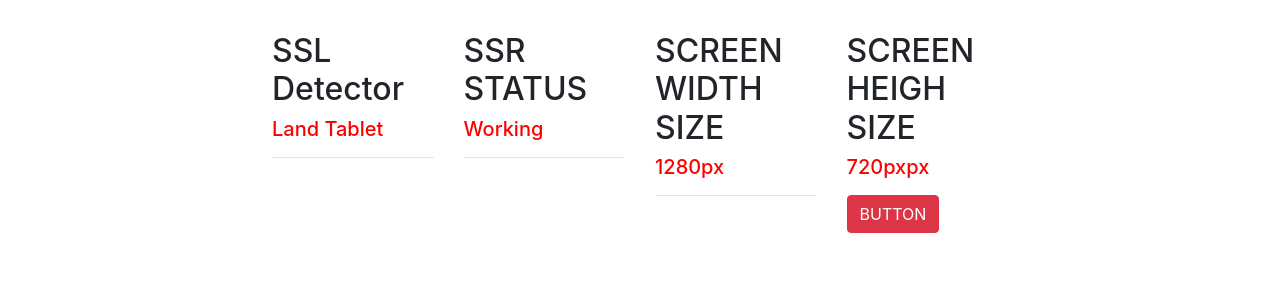
Repository: adrihle/screen-detector-nextpwa
Page: /
These files come from the project's save history. The page is drawn as it stood at one moment and after the next save; the edit follows.
The browser window is 1280 px wide. The pictures show the whole page.
The project was rebuilt for these pictures with package versions that can differ from the ones it lists, and the page was loaded fresh each time. The framework's server and built-in components were replaced by stand-ins that run in the browser. Imported but missing from the stored project, and not drawn on this page: pages/_document.

Above is the page before, as saved 2020-12-29 17:54:09.

### pages/_app.js
import App, { Container } from "next/app";
import Head from "next/head";
import styled, { createGlobalStyle } from "styled-components";
import { title } from "./_document";
import ScreenSizeLayout from '../components/smart/ScreenSizeLayout'

// Any global CSS variables and selectors we want
const GlobalStyle = createGlobalStyle`
  :root {
    --padding: 2rem;
    --max-width: 50rem;
  }

  body {
    background: var(--background--1);
    font-family: 'PT Sans', sans-serif;
    margin: 0;
  }
`;

const Main = styled.main`
  margin: 0 auto;
  max-width: var(--max-width);
  padding: var(--padding);
`;

export default class MyApp extends App {
  static async getInitialProps({ Component, ctx }) {
    let pageProps = {};

    if (Component.getInitialProps) {
      pageProps = await Component.getInitialProps(ctx);
    }

    return { pageProps };
  }

  render() {
    const { Component, pageProps, router } = this.props;

    return (
      <>
        <Head>
          <title>{title}</title>
          <link rel="stylesheet" href="https://stackpath.bootstrapcdn.com/bootstrap/4.3.1/css/bootstrap.min.css" integrity="sha384-ggOyR0iXCbMQv3Xipma34MD+dH/1fQ784/j6cY/iJTQUOhcWr7x9JvoRxT2MZw1T" crossorigin="anonymous"></link>
        </Head>
        <Container>
          {/* here a style layout */}
          <Main>
            {/* here a smart screen detector */}
            <ScreenSizeLayout>
              <Component {...pageProps} router={router} />
            </ScreenSizeLayout>
          </Main>
          <GlobalStyle />
        </Container>
      </>
    );
  }
}

### pages/index.js
const Index = ({ server, measures, screen }) => {

  const width = measures && measures[0] + 'px'
  const heigh = measures && measures[1] + 'px'

  return (
    <div className='row'>
        <div className="col-md-6 col-lg-3">
          <h2>SSL Detector</h2>
          <h5 style={{color:'red'}}>{screen}</h5>
          <hr />
        </div>
        <div className="col-md-6 col-lg-3">
          <h2>SSR STATUS</h2>
          <h5 style={{color:'red'}}>{server ? 'Working' : 'Not Working'}</h5>
          <hr />
        </div>
        <div className="col-md-6 col-lg-3">
          <h2>SCREEN WIDTH SIZE</h2>
          <h5 style={{color:'red'}}>{width}</h5>
          <hr/>
        </div>
        <div className="col-md-6 col-lg-3">
          {(measures && measures[0]>240) && (
            <>
              <h2>SCREEN HEIGH SIZE</h2>
              <h5 style={{color:'red'}}>{`${heigh}px`}</h5>
              <button className='btn btn-danger mt-2'>BUTTON</button>
            </>
          )}
        </div>
    </div>
  )
}

Index.getInitialProps = async function() {
  return {
    server: true,
  }
};

export default Index;

### components/smart/ScreenSizeLayout.tsx
import {Children, cloneElement, useState, useEffect } from 'react'

const ScreenSizeLayout = ({ children }) => {

    const [screen, setScreen] = useState(null)
    const [measures, setMeasures] = useState(null)

    const handleSize = () => {
        let width = window.innerWidth
        let heigh = window.innerHeight
        setMeasures([width, heigh])

        let landscape = width > heigh

        if (width < 420){setScreen('Mobile')}
        else if (width > 420 && width < 850 && landscape){setScreen('Land Mobile')}
        else if (width > 420 && width < 850){setScreen('Tablet')}
        else if (width > 820 && width < 1400 && landscape){setScreen('Land Tablet')}
        else {setScreen('Desktop')}
    }

    useEffect(() => {
        handleSize()
        window.addEventListener('resize', handleSize)
        return () => {window.removeEventListener('resize', handleSize)}
    },[])

    const childrenWithProps = Children.map(children, child => {
        return cloneElement(child, {
            measures,
            screen
        });
      });

    return (
        <>
            {childrenWithProps}
        </>
    )
}

export default ScreenSizeLayout

After the next save:
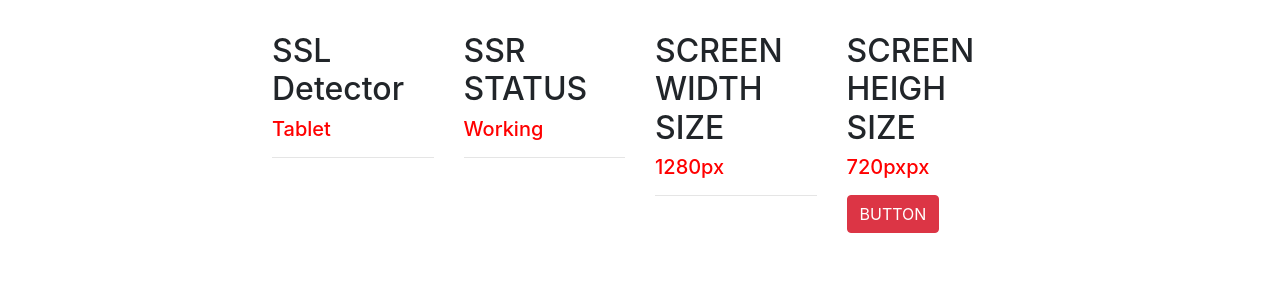
Saved 75 s later.
--- a/components/smart/ScreenSizeLayout.tsx
+++ b/components/smart/ScreenSizeLayout.tsx
@@ -14,7 +14,7 @@
 
         if (width < 420){setScreen('Mobile')}
         else if (width > 420 && width < 850 && landscape){setScreen('Land Mobile')}
-        else if (width > 420 && width < 850){setScreen('Tablet')}
+        else if (width > 420 && width < 1400){setScreen('Tablet')}
         else if (width > 820 && width < 1400 && landscape){setScreen('Land Tablet')}
         else {setScreen('Desktop')}
     }

After the save that followed:
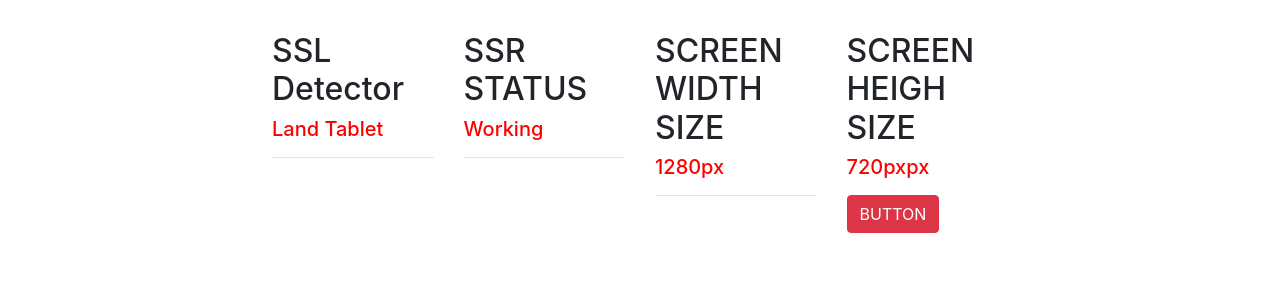
Saved 31 s later.
--- a/components/smart/ScreenSizeLayout.tsx
+++ b/components/smart/ScreenSizeLayout.tsx
@@ -14,7 +14,7 @@
 
         if (width < 420){setScreen('Mobile')}
         else if (width > 420 && width < 850 && landscape){setScreen('Land Mobile')}
-        else if (width > 420 && width < 1400){setScreen('Tablet')}
+        else if (width > 420 && width < 1200){setScreen('Tablet')}
         else if (width > 820 && width < 1400 && landscape){setScreen('Land Tablet')}
         else {setScreen('Desktop')}
     }
